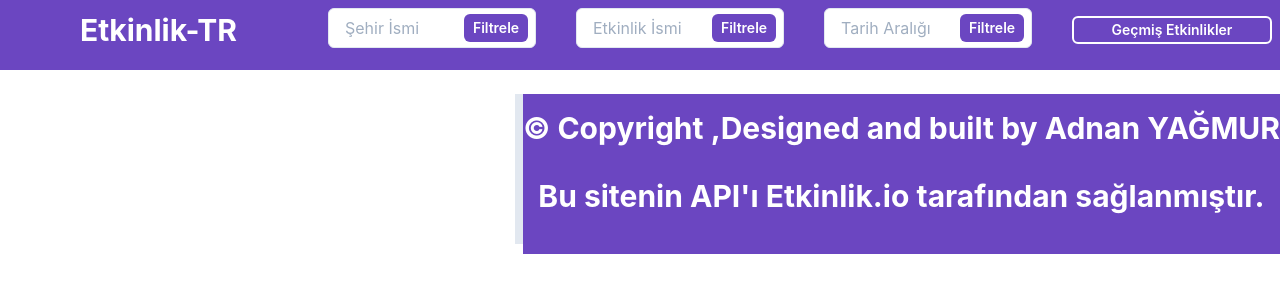
Repository: adnanyagmur/EtsTur-FrontEnd-Hiring-Challange
Page: /
The author's editor kept a copy of each file at every save. The page is drawn from the files as they stood at one save, then again after the next save.
The browser window is 1280 px wide. The pictures show the whole page.
The page's requests for data from a server got no answer. The project was rebuilt for these pictures with package versions that can differ from the ones it lists, and the page was loaded fresh each time. No one was signed in, and anything a server would have sent is missing. Also part of the build but not shown: src/index.css, src/components/detailPage/DetailPage.jsx, src/components/eventList/EventList.jsx, src/pastApi/json.js, src/components/pastEventList/PastList.jsx.

Above is the page before, as saved 2022-06-21 16:34:14.

### src/index.js
import React from 'react';
import ReactDOM from 'react-dom/client';
import './index.css';
import App from './App';
import {BrowserRouter} from "react-router-dom";
import { ChakraProvider, theme } from '@chakra-ui/react'



const root = ReactDOM.createRoot(document.getElementById('root'));
root.render(
  <React.StrictMode>
    <BrowserRouter>
    <ChakraProvider theme={theme}>
    <App />
    </ChakraProvider>
    </BrowserRouter>
  </React.StrictMode>
);

### src/App.js

import { Route, Routes } from "react-router-dom";
import DetailPage from "./components/detailPage/DetailPage";
import HomePage from "./components/hompage/HomePage";
import PastList from "./components/pastEventList/PastList"





function App() {

  return (
    <div>

    <Routes>
      <Route path="/" element={<HomePage></HomePage>}></Route>
      <Route path="/detailPage" element={<DetailPage></DetailPage>}></Route>

      /gecmisEtkinlikler

      <Route path="/gecmisEtkinlikler" element={<PastList></PastList>}></Route>

    </Routes>

    </div>

  );
}

export default App;

### src/components/hompage/HomePage.jsx
import React, {useState, useEffect} from 'react';
import axios from 'axios';
import EventList from '../eventList/EventList';
import {Grid,Box,GridItem,Text,SimpleGrid,Input,InputGroup,Button,InputRightElement} from '@chakra-ui/react';
import  {useNavigate} from 'react-router-dom';
function HomePage() {

  const navigation = useNavigate();

const handleClick = (()=> {
    navigation("/gecmisEtkinlikler")
})

  const [eventList, setEventList] = useState([])

  useEffect(()=> {
      axios.get(
        'https://backend.etkinlik.io/api/v2/events',{headers: {
          "X-Etkinlik-Token" : "966d3071605c47ca2a58476b4b0083b1"
        }
      }
        ).then(res => {
          setEventList(res.data);
          //console.log(res.data);
        }).catch(error => console.log(error))
    },[]);

console.log(eventList)

    return(
        <div>
<div>

<Grid
  templateAreas={`"header header"
                  "nav main"
                  "nav footer"`}
  gridTemplateRows={'70px 1fr 150px'}
  gridTemplateColumns={'1fr'}
  h='200px'
  gap='1'
  color='blackAlpha.700'
  fontWeight='bold'
>
  <GridItem pt='2' pl='80px' bg='purple.600' color='white' area={'header'}>
  <SimpleGrid columns={[null,5]} spacing='40px'>
  <Text  as='span'  fontSize='3xl' >Etkinlik-TR</Text>
  <InputGroup as='span'  size='md'>
      <Input
        pr='4.5rem'
        bg='white'
        color='black'
        placeholder='Şehir İsmi'
      />
      <InputRightElement width='4.5rem'>
        <Button bg='purple.600' mr='2' h='1.75rem' size='sm' /* onClick={handleClick} */>
          Filtrele
        </Button>
      </InputRightElement>
    </InputGroup>
    <InputGroup as='span'  size='md'>
      <Input
        pr='4.5rem'
        bg='white'
        color='black'
        placeholder='Etkinlik İsmi'
      />
      <InputRightElement width='4.5rem'>
        <Button bg='purple.600' mr='2' h='1.75rem' size='sm' /* onClick={handleClick} */>
          Filtrele
        </Button>
      </InputRightElement>
    </InputGroup>
    <InputGroup as='span'  size='md'>
      <Input
        pr='4.5rem'
        bg='white'
        color='black'
        placeholder='Tarih Aralığı'
      />
      <InputRightElement width='4.5rem'>
        <Button bg='purple.600' mr='2' h='1.75rem' size='sm' /* onClick={handleClick} */>
          Filtrele
        </Button>
      </InputRightElement>
    </InputGroup>
    <Button bg='purple.600' mr='2' h='1.75rem' size='sm' mt="2" border='2px' borderColor='white' onClick={handleClick} >
          Geçmiş Etkinlikler
        </Button>
</SimpleGrid>


  </GridItem>

  <GridItem pl='6' pt='4' pr='6' bg='white' area={'main'} >

  <SimpleGrid columns={[1, null,2, 3,4,5]} spacing='40px'>




  {eventList.items?.map((eventList,key)=>






  <EventList key={eventList?.id}
      eventid={eventList?.id}
      name={eventList?.name}
      image={eventList?.poster_url}
      category={eventList?.category?.name}
      description={eventList?.content?.replace("<br /><br />"," ").replace("<br /><br />"," ").replace("</strong>"," ").replace("<br />"," ")
      .replace("<strong>"," ").replace("<br /><strong>"," ")
    .replace("</strong><br />"," ")
  .replace("</p>"," ").replace("<p>"," ").replace("<p>"," ")
.replace("</p>"," ").replace("<br /><br />"," ").replace("<br /><br />"," ").replace("</strong>"," ").replace("<br />"," ")
.replace("<strong>"," ").replace("<br /><strong>"," ")
.replace("</strong><br />"," ")
.replace("</p>"," ").replace("<p>"," ").replace("<p>"," ")
.replace("</p>"," ").replace("<br /><br />"," ").replace("<br /><br />"," ").replace("</strong>"," ").replace("<br />"," ")
.replace("<strong>"," ").replace("<br /><strong>"," ")
.replace("</strong><br />"," ")
.replace("</p>"," ").replace("<p>"," ").replace("<p>"," ")
.replace("</p>"," ").replace("<br /><br />"," ").replace("<br /><br />"," ").replace("</strong>"," ").replace("<br />"," ")
.replace("<strong>"," ").replace("<br /><strong>"," ")
.replace("</strong><br />"," ")
.replace("</p>"," ").replace("<p>"," ").replace("<p>"," ")
.replace("</p>"," ").replace("<br /><br />"," ").replace("<br /><br />"," ").replace("</strong>"," ").replace("<br />"," ")
.replace("<strong>"," ").replace("<br /><strong>"," ")
.replace("</strong><br />"," ")
.replace("</p>"," ").replace("<p>"," ").replace("<p>"," ")
.replace("</p>"," ").replace("<br /><br />"," ").replace("<br /><br />"," ").replace("</strong>"," ").replace("<br />"," ")
.replace("<strong>"," ").replace("<br /><strong>"," ")
.replace("</strong><br />"," ")
.replace("</p>"," ").replace("<p>"," ").replace("<p>"," ")
.replace("</p>"," ").replace("<br /><br />"," ").replace("<br /><br />"," ").replace("</strong>"," ").replace("<br />"," ")
.replace("<strong>"," ").replace("<br /><strong>"," ")
.replace("</strong><br />"," ")
.replace("</p>"," ").replace("<p>"," ").replace("<p>"," ")
.replace("</p>"," ").replace("<br /><br />"," ").replace("<br /><br />"," ").replace("</strong>"," ").replace("<br />"," ")
.replace("<strong>"," ").replace("<br /><strong>"," ")
.replace("</strong><br />"," ")
.replace("</p>"," ").replace("<p>"," ").replace("<p>"," ")                  //////asdasd
.replace("</p>"," ").replace("<br /><br />"," ").replace("<br /><br />"," ").replace("</strong>"," ").replace("<br />"," ")
.replace("<strong>"," ").replace("<br /><strong>"," ")
.replace("</strong><br />"," ")
.replace("</p>","").replace("<p>"," ").replace("<p>"," ")
.replace("</p>"," ").replace("<br /><br />"," ").replace("<br /><br />"," ").replace("</strong>"," ").replace("<br />"," ")
.replace("<strong>"," ").replace("<br /><strong>"," ")
.replace("</strong><br />"," ")
.replace("</p>"," ").replace("<p>"," ").replace("<p>"," ")
.replace("</p>"," ").replace("<br /><br />"," ").replace("<br /><br />"," ").replace("</strong>"," ").replace("<br />"," ")
.replace("<strong>"," ").replace("<br /><strong>"," ")
.replace("</strong><br />"," ")
.replace("</p>"," ").replace("<p>"," ").replace("<p>"," ")
.replace("</p>"," ").replace("<br /><br />"," ").replace("<br /><br />"," ").replace("</strong>"," ").replace("<br />"," ")
.replace("<strong>"," ").replace("<br /><strong>"," ")
.replace("</strong><br />"," ")
.replace("</p>"," ").replace("<p>"," ").replace("<p>"," ")
.replace("</p>"," ").replace("<br /><br />"," ").replace("<br /><br />"," ").replace("</strong>"," ").replace("<br />"," ")
.replace("<strong>"," ").replace("<br /><strong>"," ")
.replace("</strong><br />"," ")
.replace("</p>"," ").replace("<p>"," ").replace("<p>"," ")
.replace("</p>"," ").replace("<br /><br />"," ").replace("<br /><br />"," ").replace("</strong>"," ").replace("<br />"," ")
.replace("<strong>"," ").replace("<br /><strong>"," ")
.replace("</strong><br />"," ")
.replace("</p>"," ").replace("<p>"," ").replace("<p>"," ")
.replace("</p>"," ").replace("<br /><br />"," ").replace("<br /><br />"," ").replace("</strong>"," ").replace("<br />"," ")
.replace("<strong>"," ").replace("<br /><strong>"," ")
.replace("</strong><br />"," ")
.replace("</p>"," ").replace("<p>"," ").replace("<p>"," ")
.replace("</p>"," ").replace("<br /><br />"," ").replace("<br /><br />"," ").replace("</strong>"," ").replace("<br />"," ")
.replace("<strong>"," ").replace("<br /><strong>"," ")
.replace("</strong><br />"," ")
.replace("</p>"," ").replace("<p>"," ").replace("<p>"," ")
.replace("</p>"," ").replace("<br /><br />"," ").replace("<br /><br />"," ").replace("</strong>"," ").replace("<br />"," ")
.replace("<strong>"," ").replace("<br /><strong>"," ")
.replace("</strong><br />"," ")
.replace("</p>"," ").replace("<p>"," ").replace("<p>"," ")
.replace("</p>"," ").replace("<br /><br />"," ").replace("<br /><br />"," ").replace("</strong>"," ").replace("<br />"," ")
.replace("<strong>"," ").replace("<br /><strong>"," ")
.replace("</strong><br />"," ")
.replace("</p>"," ").replace("<p>"," ").replace("<p>"," ")
.replace("</p>"," ").replace("<em>"," ").replace("</em>"," ").replace("<br />"," ")
.replace("<br />"," ")}
      price={eventList?.is_free}
      basTarihi ={eventList?.start?.replace("T","   Time :  ")}
      bitisTarihi ={eventList?.end?.replace("T","   Time :  ")}
      venue ={eventList?.venue?.name}
      ticketLink={eventList?.ticket_url}
      address={eventList?.venue?.address}
      city={eventList?.venue?.city?.name}
      district ={eventList?.venue?.district?.name}
      eventList ={eventList}
      >

      </EventList>


  )}
  </SimpleGrid>
  </GridItem>
  <GridItem pl='2' bg='gray.200' area={'footer'}>
  <SimpleGrid  columns={1} color='white' >
  <Box pt='3' bg='purple.600' textAlign="center" height='80px'> <Text    fontSize='3xl' >© Copyright ,Designed and built by Adnan YAĞMUR</Text></Box>
  <Box bg='purple.600' textAlign="center" height='80px'><Text    fontSize='3xl' >Bu sitenin API'ı <a href='https://etkinlik.io/'>Etkinlik.io</a> tarafından sağlanmıştır.</Text></Box>
</SimpleGrid>
  </GridItem>
</Grid>





      </div>
        </div>
    )
}

export default HomePage;

Loaded but not shown: public/index.html (common file)

After the next save:
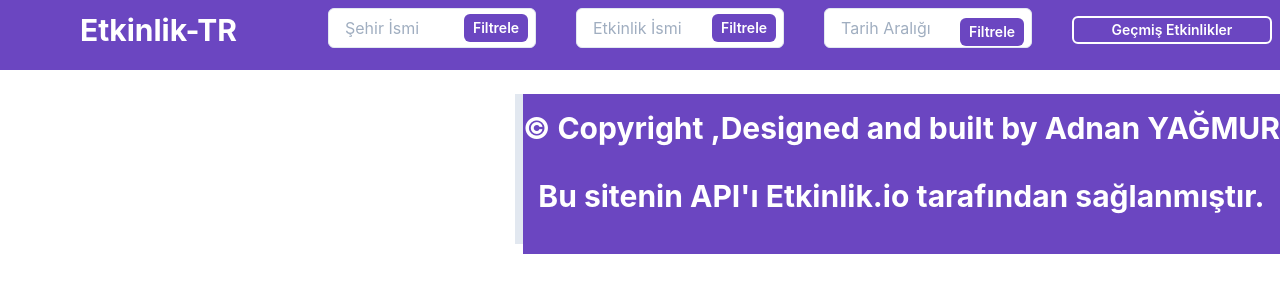
Saved 11 s later.
--- a/src/components/hompage/HomePage.jsx
+++ b/src/components/hompage/HomePage.jsx
@@ -79,7 +79,7 @@
         placeholder='Tarih Aralığı'
       />
       <InputRightElement width='4.5rem'>
-        <Button bg='purple.600' mr='2' h='1.75rem' size='sm' /* onClick={handleClick} */>
+        <Button bg='purple.600' mr='2'  mt="2" h='1.75rem' size='sm' /* onClick={handleClick} */>
           Filtrele
         </Button>
       </InputRightElement>

After the 2 saves that followed:
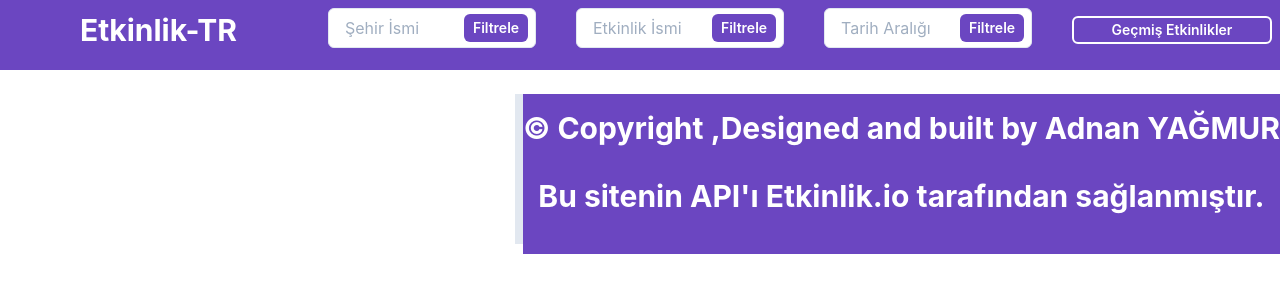
The 2 saves are shown as one change because they came seconds apart.
The last was saved 17 s later.
--- a/src/components/hompage/HomePage.jsx
+++ b/src/components/hompage/HomePage.jsx
@@ -71,7 +71,7 @@
         </Button>
       </InputRightElement>
     </InputGroup>
-    <InputGroup as='span'  size='md'>
+    <InputGroup as='span'   size='md'>
       <Input
         pr='4.5rem'
         bg='white'
@@ -79,7 +79,7 @@
         placeholder='Tarih Aralığı'
       />
       <InputRightElement width='4.5rem'>
-        <Button bg='purple.600' mr='2'  mt="2" h='1.75rem' size='sm' /* onClick={handleClick} */>
+        <Button bg='purple.600' mr='2'  h='1.75rem' size='sm' /* onClick={handleClick} */>
           Filtrele
         </Button>
       </InputRightElement>
